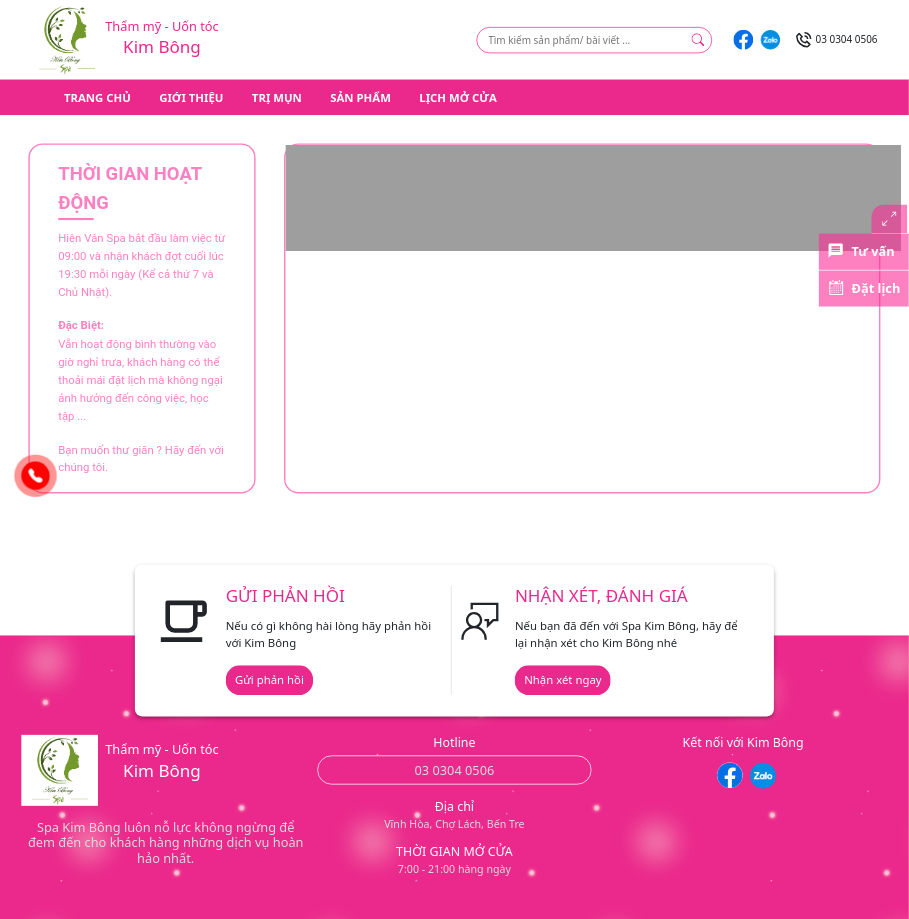
Repository: tranduykhuong/SpaKimBong
Page: /calendar
An editor plug-in stored every save of this project. The page is shown before and after the next save, followed by the edit.
The browser window is 1280 px wide. The pictures show the whole page, at 71% of full size.
Pictures or frames that could not be fetched are drawn as grey boxes. The project was rebuilt for these pictures with package versions that can differ from the ones it lists, and the page was loaded fresh each time. Also part of the build but not shown: src/components/Banner/banner.scss, src/components/Banner/Banner.js, src/pages/Home/home.scss, src/pages/Home/ListImage/listImage.scss, src/pages/Home/ListImage/ListImage.js, src/pages/Home/BookOnline/bookOnl.scss, src/pages/Home/BookOnline/Modal/ModalBook/modalbook.scss, src/pages/Home/BookOnline/Modal/ModalBook/modalbook.js and 24 more.

Above is the page before, as saved 2022-06-06 23:58:33.

After the next save:
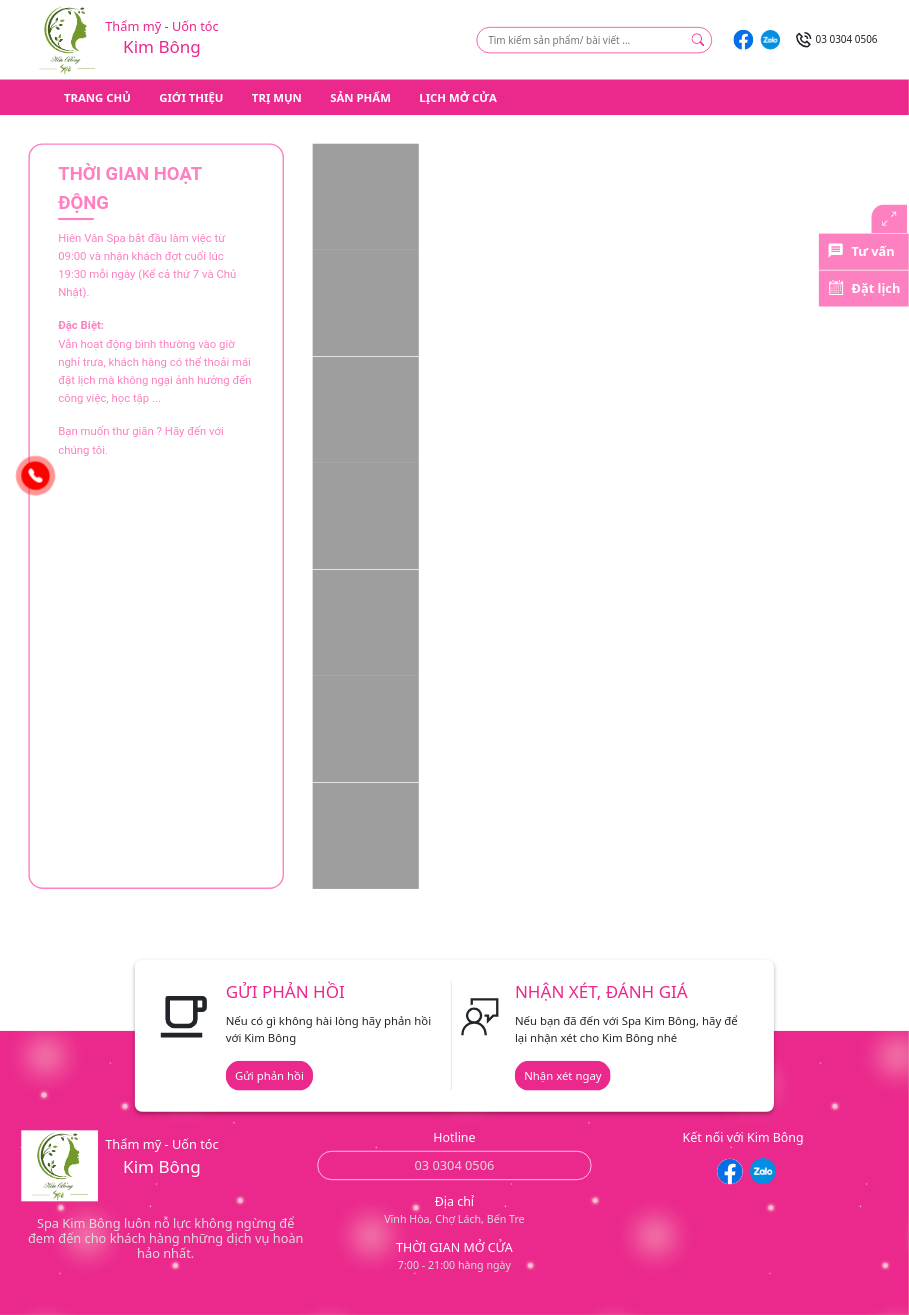
Saved 41 s later.
--- a/src/pages/Calendar/calendar.scss
+++ b/src/pages/Calendar/calendar.scss
@@ -47,18 +47,21 @@
         }
       }
 
-      .calendar-boxs {
+      .calendar-boxs-day {
         width: 70%;
-
-        display: flex;
         border: solid 2px #fd80c1;
         border-radius: 20px;
-        //padding: 2rem 4rem 0;
-        // justify-content: space-evenly;
+        padding: 2rem 4rem 0;
 
-        .calendar-box {
-          width: 14.2857142857%;
-          //border: solid 2px #fd80c1;
+        .calendar-boxs {
+          display: flex;
+          width: 100%;
+          justify-content: space-evenly;
+
+          .calendar-box {
+            width: 14.2857142857%;
+            //border: solid 2px #fd80c1;
+          }
         }
       }
     }
